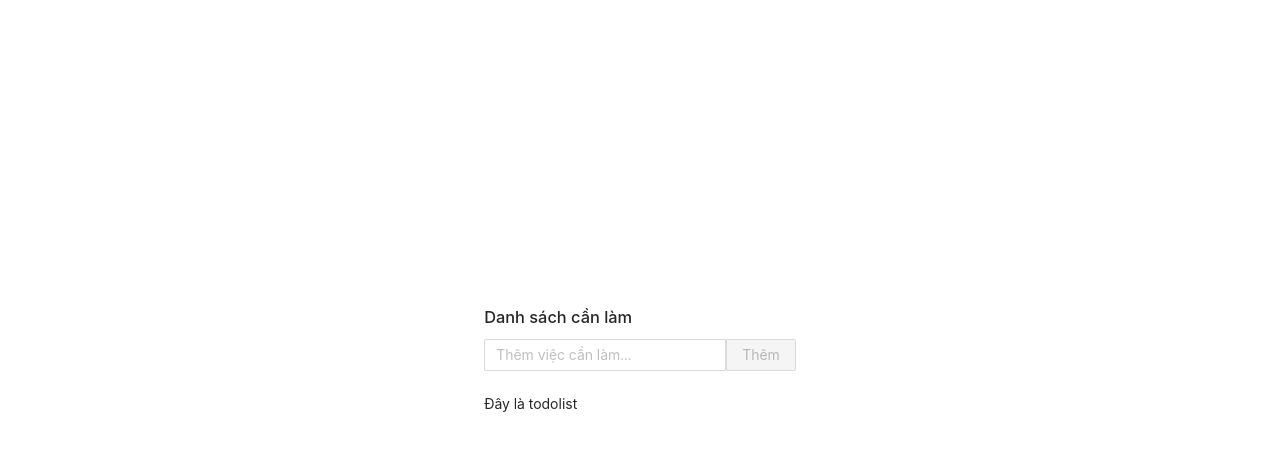
Repository: tiendungjr123/Todo-App
Page: /
These files come from the project's save history. The page is drawn as it stood at one moment and after the next save; the edit follows.
The browser window is 1280 px wide. The pictures show the whole page.
The project was rebuilt for these pictures with package versions that can differ from the ones it lists, and the page was loaded fresh each time.

Above is the page before, as saved 2022-09-22 10:02:49.

After the next save:
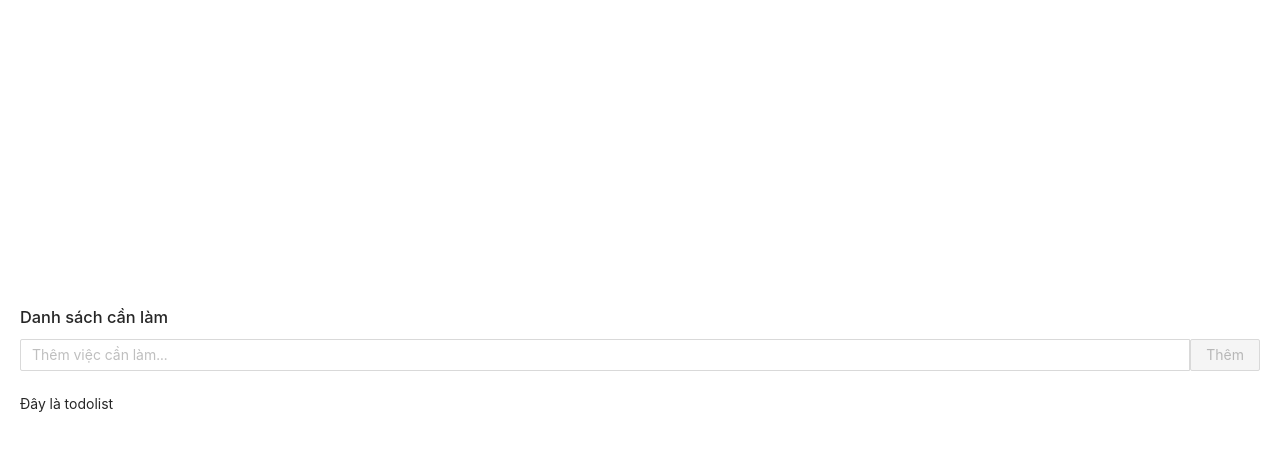
Saved 49 s later.
--- a/src/index.css
+++ b/src/index.css
@@ -10,6 +10,10 @@
   font-size: 20px;
 }
 
+#root{
+  width: 100%;
+}
+
 code {
   font-family: source-code-pro, Menlo, Monaco, Consolas, 'Courier New',
     monospace;

After the 2 saves that followed:
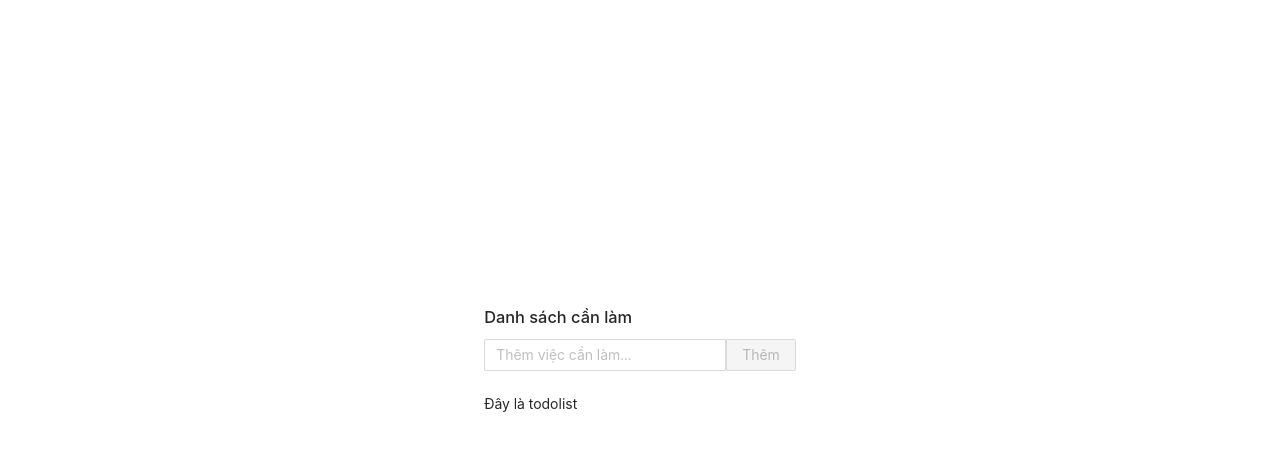
The 2 saves are shown as one change because they came seconds apart.
The last was saved 27 s later.
--- a/src/index.css
+++ b/src/index.css
@@ -10,10 +10,6 @@
   font-size: 20px;
 }
 
-#root{
-  width: 100%;
-}
-
 code {
   font-family: source-code-pro, Menlo, Monaco, Consolas, 'Courier New',
     monospace;
